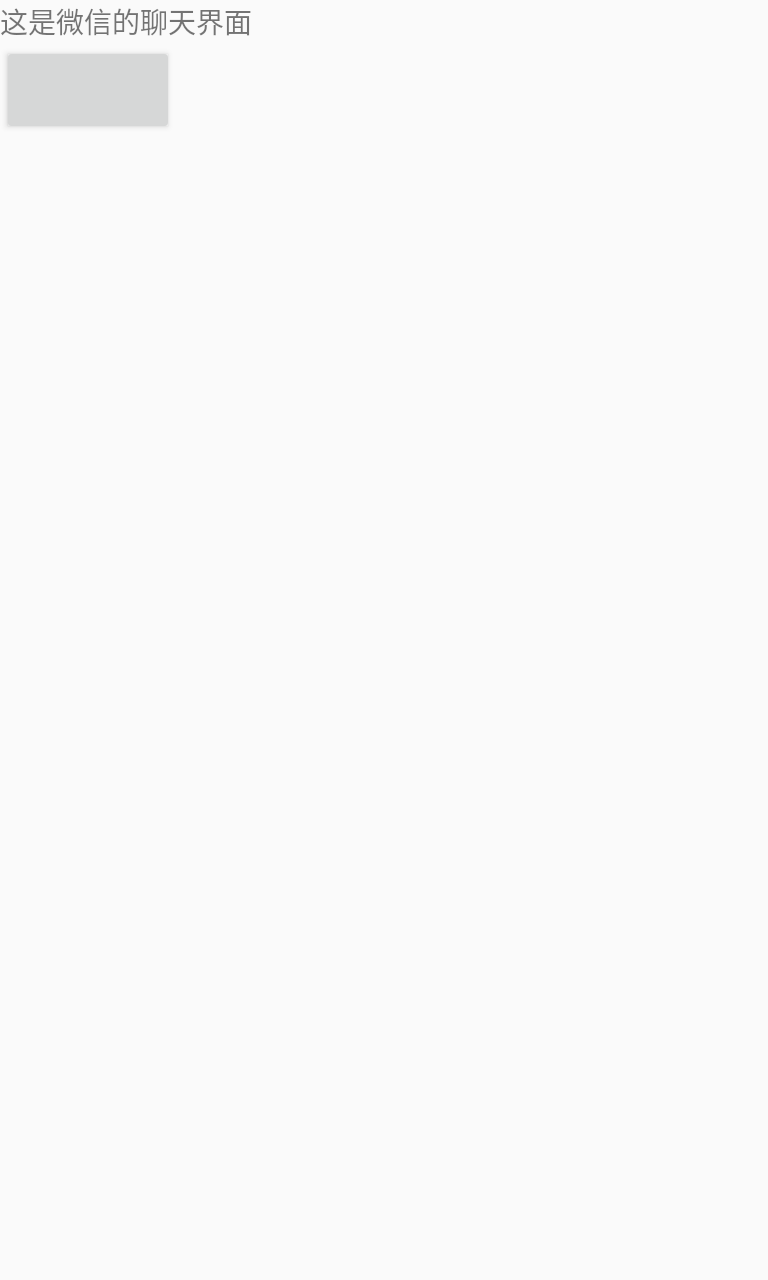
Repository: xfhy/Usually-learn-Android
Layout: fragment_碎片/3.模拟微信主界面/res/layout/fragment_wx.xml
The author's editor kept a copy of each file at every save. The layout is drawn from the files as they stood at one save, then again after the next save.
It is drawn on a 768 x 1280 px phone screen (xhdpi) without system bars, with theme AppTheme; the app's code is not run.

Above is the layout before, as saved 2017-02-11 05:04:07.

After the next save:
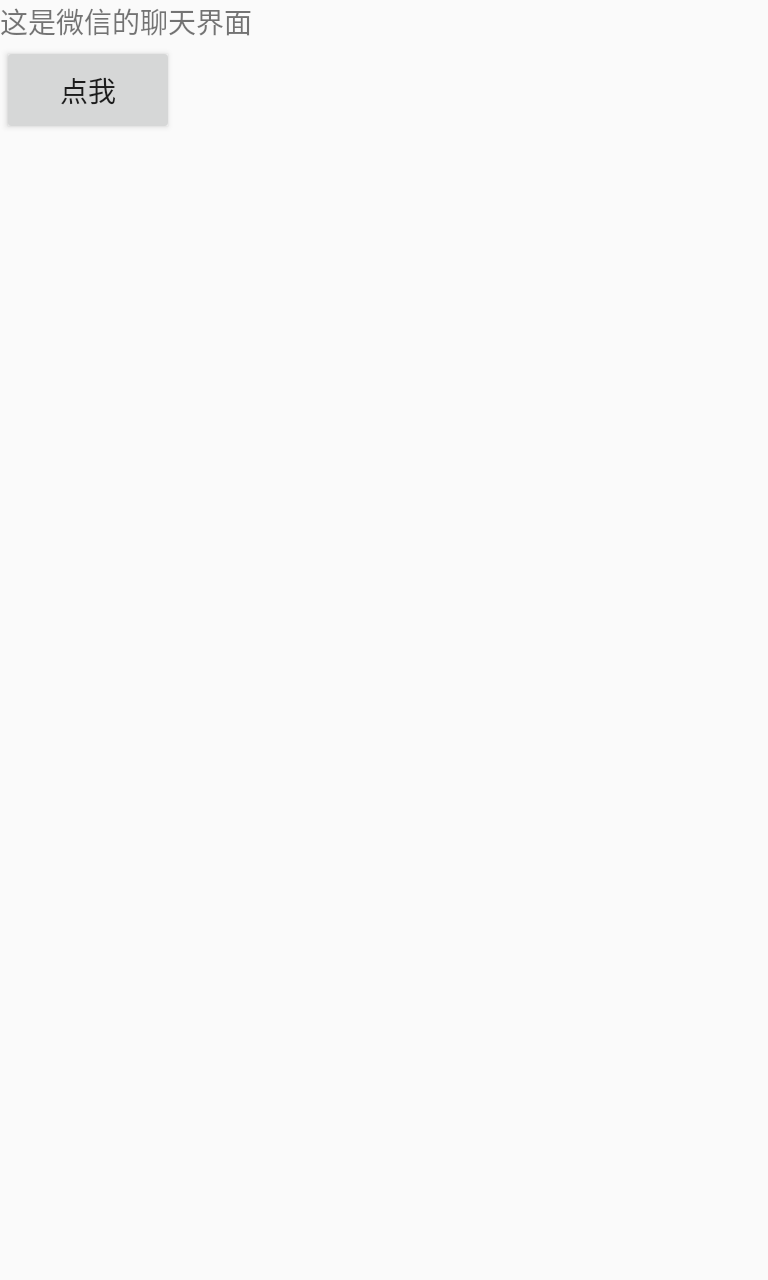
Saved 57 s later.
--- a/fragment_碎片/3.模拟微信主界面/res/layout/fragment_wx.xml
+++ b/fragment_碎片/3.模拟微信主界面/res/layout/fragment_wx.xml
@@ -12,6 +12,7 @@
     <Button
         android:id="@+id/bt_test"
         android:layout_width="wrap_content"
-        android:layout_height="wrap_content" />
+        android:layout_height="wrap_content"
+        android:text="点我" />
 
 </LinearLayout>
